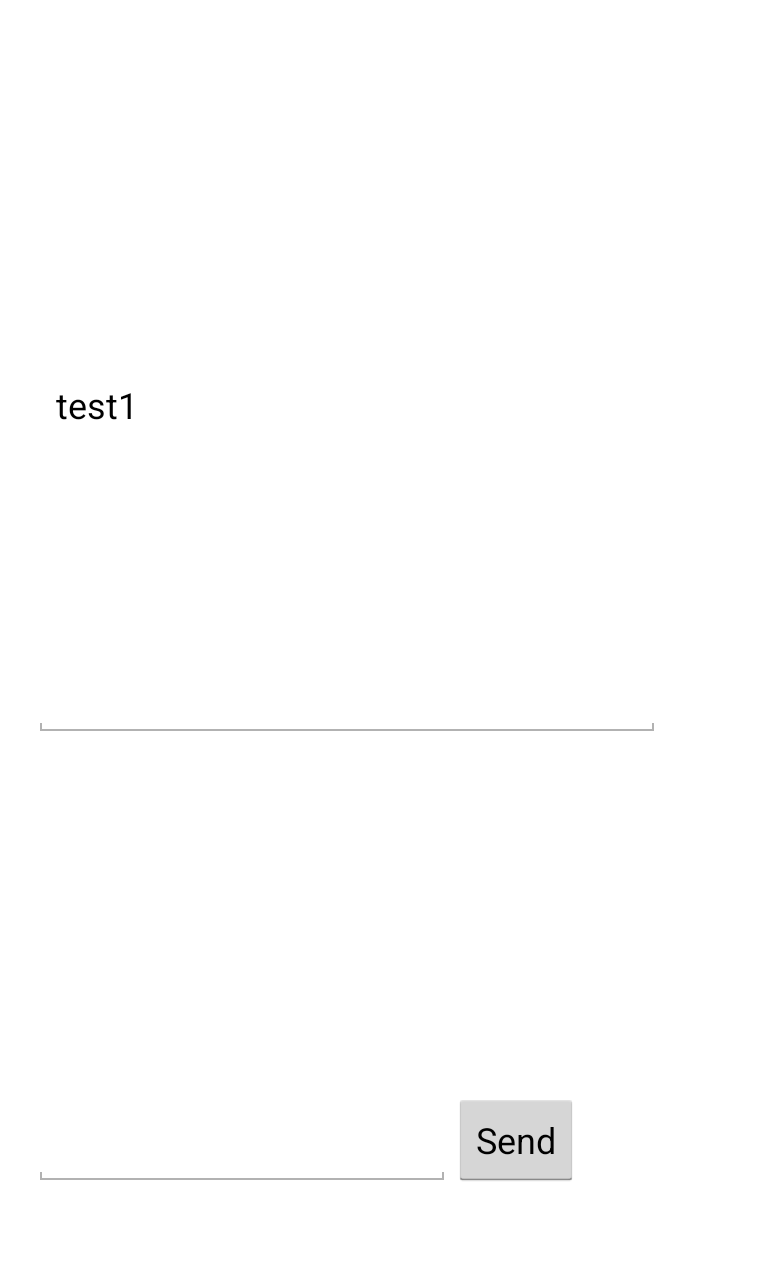
Repository: emeryduh/AndroidProject
Layout: client/TeamJonesProject/res/layout/activity_main.xml
An editor plug-in stored every save of this project. The layout is shown before and after the next save, followed by the edit.
It is drawn on a 768 x 1280 px phone screen (xhdpi) without system bars, with theme AppTheme; the app's code is not run. The app's manifest (not shown) leaves right-to-left support off. So textAlignment, textDirection and layoutDirection are ignored, and left and right values win over start and end ones.

Above is the layout before, as saved 2014-09-23 22:55:11.

### client/TeamJonesProject/res/layout/activity_main.xml
<RelativeLayout xmlns:android="http://schemas.android.com/apk/res/android"
    xmlns:tools="http://schemas.android.com/tools"
    android:layout_width="match_parent"
    android:layout_height="match_parent"
    android:paddingBottom="@dimen/activity_vertical_margin"
    android:paddingLeft="@dimen/activity_horizontal_margin"
    android:paddingRight="@dimen/activity_horizontal_margin"
    android:paddingTop="@dimen/activity_vertical_margin"
    tools:context="com.comp313.MainActivity" >

    <EditText
        android:id="@+id/clientText"
        android:layout_width="wrap_content"
        android:layout_height="wrap_content"
        android:layout_alignParentBottom="true"
        android:layout_alignParentStart="true"
        android:layout_marginBottom="30dp"
        android:ems="10" />

    <Button
        android:id="@+id/btnSend"
        android:layout_width="wrap_content"
        android:layout_height="wrap_content"
        android:layout_alignBottom="@+id/clientText"
        android:layout_toEndOf="@+id/clientText"
        android:text="@string/btnSend_text" />

    <EditText
        android:id="@+id/chatBox"
        android:layout_width="wrap_content"
        android:layout_height="wrap_content"
        android:layout_alignStart="@+id/clientText"
        android:layout_alignParentTop="true"
        android:layout_marginTop="20dp"
        android:clickable="false"
        android:ems="15"
        android:focusable="false"
        android:focusableInTouchMode="false"
        android:inputType="textMultiLine"
        android:lines="15"
        android:linksClickable="false"
        android:maxWidth="@dimen/chatbox_max_height"
        android:minHeight="@dimen/chatbox_min_height"
        android:minWidth="@dimen/chatbox_min_width"
        android:scrollHorizontally="false"
        android:text="test1" >

        <requestFocus />
    </EditText>

</RelativeLayout>

### client/TeamJonesProject/res/values/dimens.xml
<resources>

    <!-- Default screen margins, per the Android Design guidelines. -->
    <dimen name="activity_horizontal_margin">16dp</dimen>
    <dimen name="activity_vertical_margin">16dp</dimen>

    <!-- Chat Activity Configuration -->
    <dimen name="chatbox_min_height">4dp</dimen>
    <dimen name="chatbox_max_height">48dp</dimen>
    <dimen name="chatbox_min_width">15dp</dimen>
    <dimen name="chatbox_max_width">100dp</dimen>
</resources>

### client/TeamJonesProject/res/values/strings.xml
<?xml version="1.0" encoding="utf-8"?>
<resources>

    <string name="app_name">Team Jones Project</string>
    <string name="hello_world">Hello world!</string>
    <string name="action_settings">Settings</string>

    <!-- Chat screen text -->
    <string name="btnSend_text">Send</string>
    <string name="default_text">Welcome to CentChat!</string>

</resources>

Loaded but not shown: client/TeamJonesProject/res/values/styles.xml (common file); client/TeamJonesProject/res/values-v11/styles.xml (common file); client/TeamJonesProject/res/values-v14/styles.xml (common file); client/TeamJonesProject/res/values-w820dp/dimens.xml (common file)

After the next save:
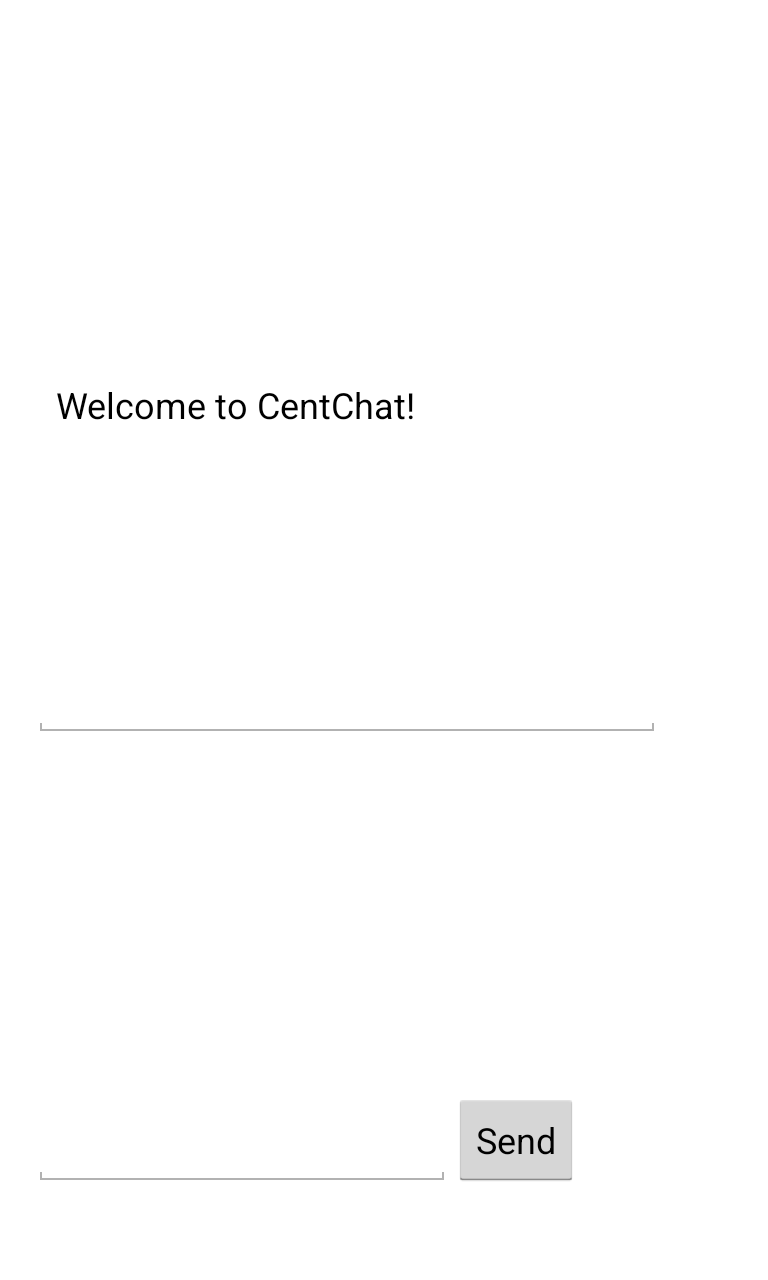
Saved 11 s later.
--- a/client/TeamJonesProject/res/layout/activity_main.xml
+++ b/client/TeamJonesProject/res/layout/activity_main.xml
@@ -43,7 +43,7 @@
         android:minHeight="@dimen/chatbox_min_height"
         android:minWidth="@dimen/chatbox_min_width"
         android:scrollHorizontally="false"
-        android:text="test1" >
+        android:text="@string/default_text" >
 
         <requestFocus />
     </EditText>
